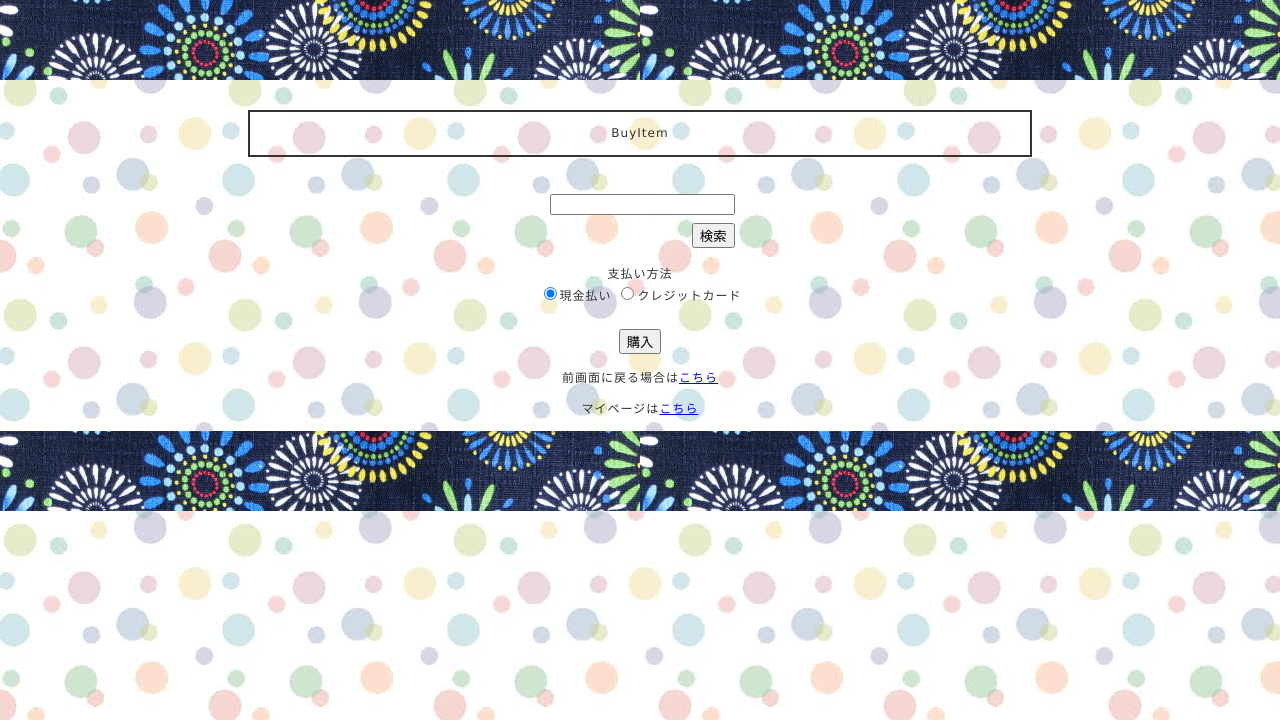
Repository: rt-1217/j2
Page: http://localhost/ecsite01/buyItem.jsp
The author's editor kept a copy of each file at every save. The page is drawn from the files as they stood at one save, then again after the next save.
The browser window is 1280 px wide. The pictures show the whole page.
Some web fonts or font styles are not loaded; a fallback is used. The page is served by Tomcat 9. Other server files are loaded and not shown.

Above is the page before, as saved 2018-05-30 02:16:43.

### ecsite01/WebContent/buyItem.jsp
<%@ page language="java" contentType="text/html; charset=UTF-8"
    pageEncoding="UTF-8"%>
    <%@ taglib prefix="s" uri="/struts-tags" %>
<!DOCTYPE html PUBLIC "-//W3C//DTD HTML 4.01 Transitional//EN" "http://www.w3.org/TR/html4/loose.dtd">
<html>
<head>
<meta http-equiv="Content-Type" content="text/html; charset=UTF-8">
<meta http-equiv="Content-Type" content="text/html; charset=utf-8" />
<meta http-equiv="Content-Style-Type" content="text/css" />
<meta http-equiv="Content-Script-Type" content="text/javascript" />
<meta http-equiv="imagetoolbar" content="no" />
<meta name="description" content="" />
<meta name="keywords" content="" />


<!-- CSSの読み込み -->
<link rel="stylesheet" type="text/css" href="./css/basis.css">
<link rel="stylesheet" type="text/css" href="./css/table.css">

<title>BuyItem画面</title>
</head>

<body>
<div id="header">
<div id ="pr">
</div></div>

<div id="main">
<div id="top">
<p>BuyItem</p>
</div>

<!-- 商品検索機能 -->
<div>
<s:form action="ItemSearchAction">
<tr>
<td>
<s:textfield name="searchWord" value=""/>
</td>
<td>
<s:submit value="検索"/>
</td></tr>
</s:form>
<s:if test="message !=''">
<h3><s:property value="message" escape="false"/></h3>
</s:if>



<!-- 商品テーブル -->
<table>

<s:form action="BuyItemAction">

<s:iterator value="#session.buyItemDTOList">
<dl class ="dl-list">
<dd class="dd-list">

<img class="image" style="width:230px; height:150px;" src="<s:property value='image_file_path'/>" >
<br>


<h3><s:property value="itemName"/></h3>




<span>値段：</span>

<s:property value="itemPrice" /><span>円</span>

<span>在庫：</span>


<s:if test="item_stock>0">
<s:property value="item_stock"/>
</s:if>
<s:else>
<span>品切れ</span>
</s:else>


<br>



<span>購入個数</span>
<s:if test="item_stock>0">
<select name="count">
<option value="0" selected="selected">0</option>
<option value="1">1</option>
<option value="2">2</option>
<option value="3">3</option>
<option value="4">4</option>
<option value="5">5</option>
</select>
</s:if>
<s:else>
<select name="count">
<option value="0" selected="selected">0</option>


</select></s:else>

</dd>
</dl>
</s:iterator>

<div class="clear"></div>

<div class="pay-push"></div>
<span>支払い方法</span><br>

<input type="radio" name="pay" value="1" checked="checked">現金払い
<input type="radio" name="pay" value="2" >クレジットカード

<br><br>
<s:submit value="購入"/>


</s:form>

</table>

<div>
<p>前画面に戻る場合は<a href='<s:url action="GoHomeAction" />'>こちら</a></p>
<p>マイページは<a href='<s:url action="MyPageAction" />'>こちら</a></p>
</div>




</div>

</div>




<div id="footer">
<div id="pr">
</div></div>









</body>
</html>

### ecsite01/WebContent/css/basis.css
@CHARSET "UTF-8";

/* ========TAG LAYOUT======== */
body {
margin:0;
padding:0;
line-height:1.6;
letter-spacing:1px;
font-family:Verdana, Helvetica, sans-serif;
font-size:12px;
color:#333;
background:#fff;
background-image:url("../image/tama.jpg");
background-attachment: fixed;
/* background-size:contain; */
/* background-repeat: no-repeat; */


}
table {
text-align:center;
margin:0 auto;
}


/* ========ID LAYOUT======== */
#top {
width:780px;
margin:30px auto;
border:2px solid #333;
}
#header {
width: 100%;
height: 80px;
/* background-color: black; */
background-image:url("../image/hanabi2.jpg");

}
#main {
width: 100%;
height: 100%;
text-align: center;
}
#footer {
width: 100%;
height: 80px;
background-color: black;
clear:both;
background-image:url("../image/hanabi2.jpg");
}


.red{
	color:red;
}
/*floatの解除*/
.clear{
	clear:both;
}

### ecsite01/WebContent/css/table.css
@CHARSET "UTF-8";

.item-table{
	text-align:center;

}


.dl-list{
	margin:0px;
	padding:0px;
	width:100%;
}

.dd-list{
	width:31%;
	display:inline-block;

	background-color: rgba(226, 255, 225, 0.2);
 	font-size: 12px;
 	float:left;
	margin:0;
	padding:15px 0px;
	margin-left:2%;
	margin-bottom:20px;
}
.dd-list:last-child {
	margin-right: 0;
}

.button{
	margin:0 auto;
	text-align:center;
	width:100px;
	height:100px;
	 position: relative;
    display: inline-block;
    padding: 0.25em 0.5em;
    text-decoration: none;
    color: #FFF;
    background: #fd9535;/*色*/
    border-radius: 4px;/*角の丸み*/
    box-shadow: inset 0 2px 0 rgba(255,255,255,0.2), inset 0 -2px 0 rgba(0, 0, 0, 0.05);
    font-weight: bold;
    border: solid 2px #d27d00;/*線色*/

}

### ecsite01/WebContent/header.jsp
<%@ page language="java" contentType="text/html; charset=UTF-8"
    pageEncoding="UTF-8"%>
        <%@ taglib prefix="s" uri="/struts-tags" %>
<!DOCTYPE html PUBLIC "-//W3C//DTD HTML 4.01 Transitional//EN" "http://www.w3.org/TR/html4/loose.dtd">
<html>
<head>
<meta http-equiv="Content-Type" content="text/html; charset=UTF-8">
<meta http-equiv="Content-Style-Type" content="text/css" />
<meta http-equiv="Content-Script-Type" content="text/javascript" />
<meta http-equiv="imagetoolbar" content="no" />
<meta name="description" content="" />
<meta name="keywords" content="" />
<!-- CSSの読み込み -->
<link rel="stylesheet" type="text/css" href="./css/basis.css">
<link rel="stylesheet" type="text/css" href="./css/table.css">
<style>
@import url('https://fonts.googleapis.com/css?family=Press+Start+2P');
</style>
<link href="https://fonts.googleapis.com/css?family=Mystery+Quest" rel="stylesheet">


<title>Header</title>
</head>
<body>


<div id="header">
<div class="header-logo">O N L I N E   S H O P </div>

<div class="top-menu">

<div class="left-list">
<ul class="top-li">
<li><a href='<s:url action="GoHomeAction"/>'>TOP</a></li>
<li><a href='<s:url action="ProductPageAction"/>'>PRODUCT</a></li>
<li><a href='<s:url action="UserCreateAction"/>'>SIGNUP</a></li>
</ul>
</div>

<div class="right-list">
<ul>
<li><a href='<s:url action="GoLoginAction"/>'>LOGIN</a></li>
<li><a href='<s:url action="MyPageAction"/>'>MYPAGE</a></li>
<li><a href='<s:url action="LogoutAction"/>'>LOGOUT</a></li>
<li><a href='<s:url action="InquiryAction"/>'>MAIL</a></li>
</ul>

</div>




</div>

</div>
</body>
</html>

After the next save:
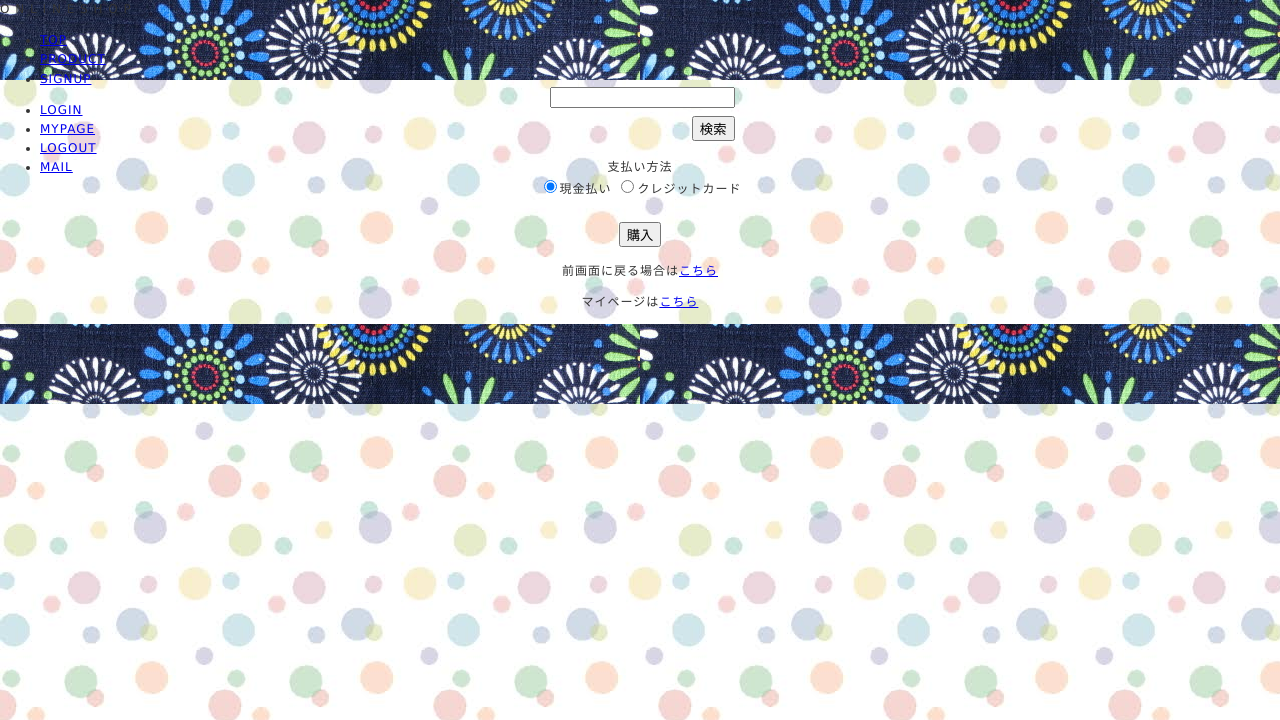
Saved 4 min 56 s later.
--- a/ecsite01/WebContent/buyItem.jsp
+++ b/ecsite01/WebContent/buyItem.jsp
@@ -21,14 +21,10 @@
 </head>
 
 <body>
-<div id="header">
-<div id ="pr">
-</div></div>
+<s:include value="header.jsp"/>
 
 <div id="main">
-<div id="top">
-<p>BuyItem</p>
-</div>
+
 
 <!-- 商品検索機能 -->
 <div>
